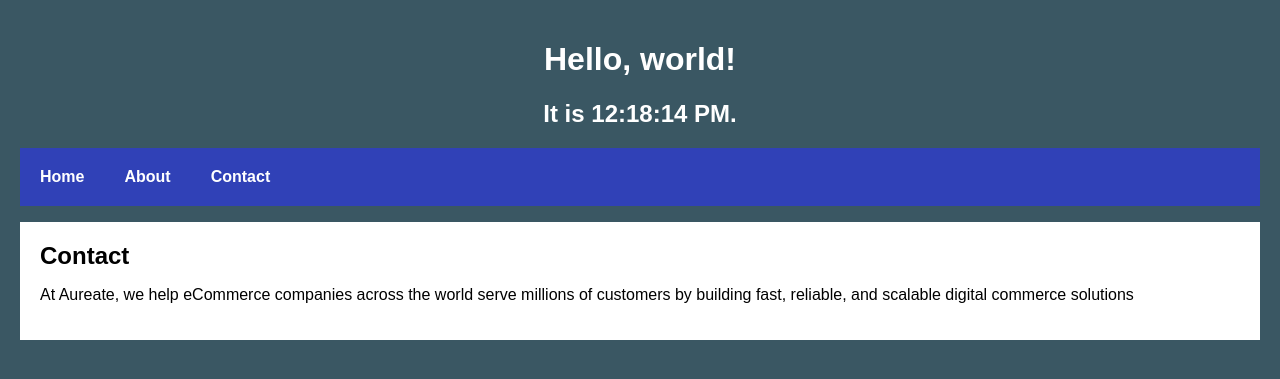
Repository: hardikaureate/React-Pages-Menu
Page: /#/contact
An editor plug-in stored every save of this project. The page is shown before and after a run of saves, followed by the edit.
The browser window is 1280 px wide. The pictures show the whole page.
The project was rebuilt for these pictures with package versions that can differ from the ones it lists, and the page was loaded fresh each time. Also part of the build but not shown: src/Home.js, src/About.js.

Above is the page before, as saved 2020-10-09 14:59:44.

### src/index.js
import React from 'react';
import ReactDOM from 'react-dom';
import './index.css';
import Main from './Main';
import Clock from './Clock';

ReactDOM.render(
<React.Fragment>
<Clock />
<Main/>
</React.Fragment>
, document.getElementById('root'));

### src/index.css
body {
    background-color: #3a5763;
    padding: 20px;
    margin: 0;
}

h1,
h2,
p,
ul,
li {
    font-family: sans-serif;
}

ul.header li {
    display: inline;
    list-style-type: none;
    margin: 0;
}

ul.header {
    background-color: #3041b7;
    padding: 0;
}

ul.header li a {
    color: #FFF;
    font-weight: bold;
    text-decoration: none;
    padding: 20px;
    display: inline-block;
}

.content {
    background-color: #FFF;
    padding: 20px;
}

.content h2 {
    padding: 0;
    margin: 0;
}

.content li {
    margin-bottom: 10px;
}

.active {
    background-color: #0099FF;
}

.common {
    text-align: center;
    color: #FFF;
}

### src/Main.js
import React, { Component } from 'react'
import {Route, Link, HashRouter} from 'react-router-dom';
import Home from './Home';
import About from './About';
import Contact from './Contact';


class Main extends Component {
        render(){
                return(
                        <HashRouter>
                        <React.Fragment>
                                <ul className="header">
                                        <li><Link exact to="/">Home</Link></li>
                                        <li><Link to="/about">About</Link></li>
                                        <li><Link to="/contact">Contact</Link></li>
                                </ul>

                                <div className="content">
                                        <Route exact path="/" component={Home} />
                                        <Route path="/about" component={About} />
                                        <Route path="/contact" component={Contact} />
                                </div>
                        </React.Fragment>
                        </HashRouter>
                )
        }
}

export default Main;

### src/Clock.js
import React, { Component } from 'react'

export default class Clock extends Component {
        constructor(props) {
                super(props);
                console.log('constructtt');
                this.state = {date: new Date()};
              }

              componentDidMount(){
                console.log('DidMount')
                      this.Tid = setInterval( () =>
                              this.tick(), 1000
                      );
              }

              componentWillUnmount() {
                      console.log('WillMount')
                      clearInterval(this.Tid)
              }

              tick(){
                //console.log('tick()method')
                      this.setState({
                              date : new Date()
                      })
              }

              render() {
                      console.log('Rendering')
                return (
                  <div>
                    <h1 className="common">Hello, world!</h1>
                    <h2 className="common">It is {this.state.date.toLocaleTimeString()}.</h2>
                  </div>
                );
              }
}

### src/Contact.js
import React, { Component } from 'react'

class Contact extends Component {
        render() {
                return (
                        <div>
                        <h2>Contact</h2>
                                <p>At Aureate, we help eCommerce companies across the world serve millions of customers by building fast, reliable, and scalable digital commerce solutions</p>
                        </div>
                )
        }
}

export default Contact;

Loaded but not shown: public/index.html (common file)

After the next 5 saves:
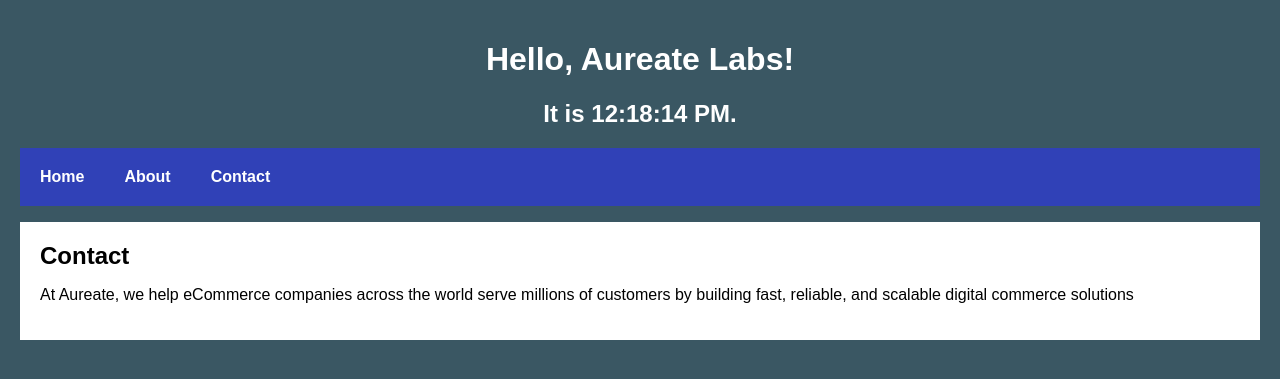
The 5 saves are shown as one change because 4 did not build or start.
The last was saved 102 s later.
--- a/src/Clock.js
+++ b/src/Clock.js
@@ -28,9 +28,10 @@
 
               render() {
                       console.log('Rendering')
+                      const allname = 'Aureate Labs'
                 return (
                   <div>
-                    <h1 className="common">Hello, world!</h1>
+                    <h1 className="common">Hello, {allname}!</h1>
                     <h2 className="common">It is {this.state.date.toLocaleTimeString()}.</h2>
                   </div>
                 );
